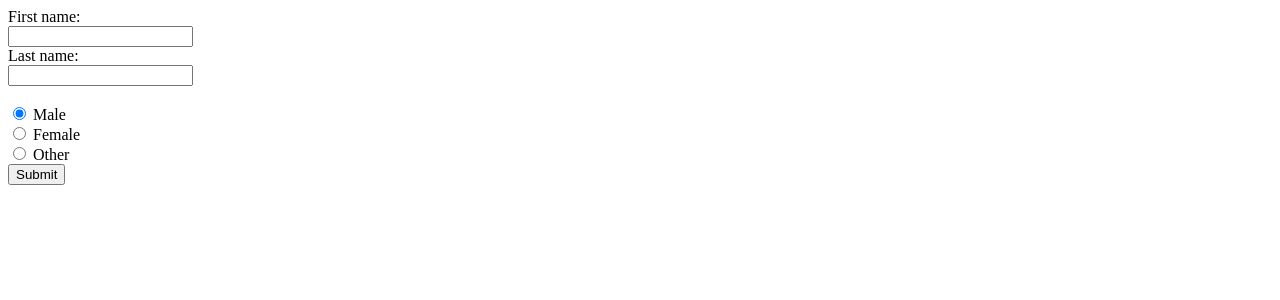
Repository: BaekJiGyeong/JSP
Page: http://localhost/AEA_Lesson0204/list.jsp
An editor plug-in stored every save of this project. The page is shown before and after the next save, followed by the edit.
The browser window is 1280 px wide. The pictures show the whole page.
The page is served by Tomcat 9. Other server files are loaded and not shown.

Above is the page before, as saved 2016-02-04 10:47:07.

### AEA_Lesson0204/WebContent/list.jsp
<%@ page language="java" contentType="text/html; charset=UTF-8"
	pageEncoding="UTF-8"%>
<!DOCTYPE html>
<html>
<head>
<meta http-equiv="Content-Type" content="text/html; charset=UTF-8">
<title>Insert title here</title>
</head>
<body>

	<form method="post" action="/AEA_Lesson0204/resultpage">
		First name:<br> <input type="text" name="firstname"> <br>
		Last name:<br> <input type="text" name="lastname"> <br>

		<br> <input type="radio" name="gender" value="male" checked>
		Male<br> <input type="radio" name="gender" value="female">
		Female<br> <input type="radio" name="gender" value="other">
		Other

		 <br> <input type="submit" value="Submit">

	</form>

</body>
</html>

After the next save:
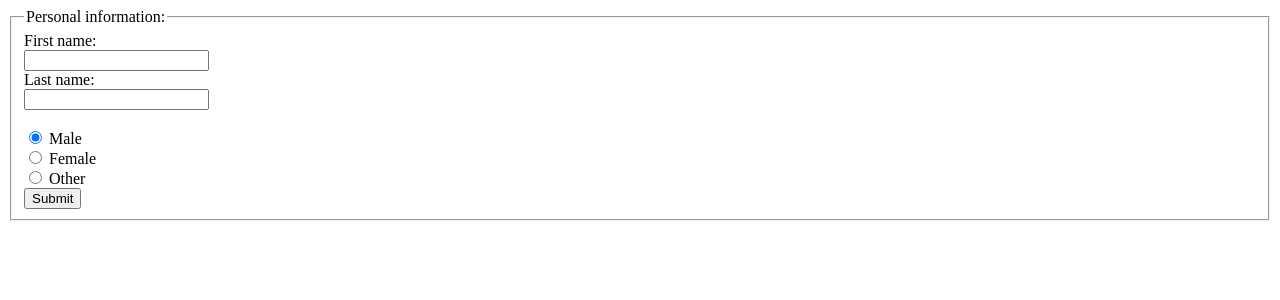
Saved 106 s later.
--- a/AEA_Lesson0204/WebContent/list.jsp
+++ b/AEA_Lesson0204/WebContent/list.jsp
@@ -9,16 +9,16 @@
 <body>
 
 	<form method="post" action="/AEA_Lesson0204/resultpage">
-		First name:<br> <input type="text" name="firstname"> <br>
-		Last name:<br> <input type="text" name="lastname"> <br>
+		<fieldset>
+			<legend>Personal information:</legend>
+			First name:<br> <input type="text" name="firstname"> <br>
+			Last name:<br> <input type="text" name="lastname"> <br>
 
-		<br> <input type="radio" name="gender" value="male" checked>
-		Male<br> <input type="radio" name="gender" value="female">
-		Female<br> <input type="radio" name="gender" value="other">
-		Other
-
-		 <br> <input type="submit" value="Submit">
-
+			<br> <input type="radio" name="gender" value="male" checked>
+			Male<br> <input type="radio" name="gender" value="female">
+			Female<br> <input type="radio" name="gender" value="other">
+			Other <br> <input type="submit" value="Submit">
+		</fieldset>
 	</form>
 
 </body>
